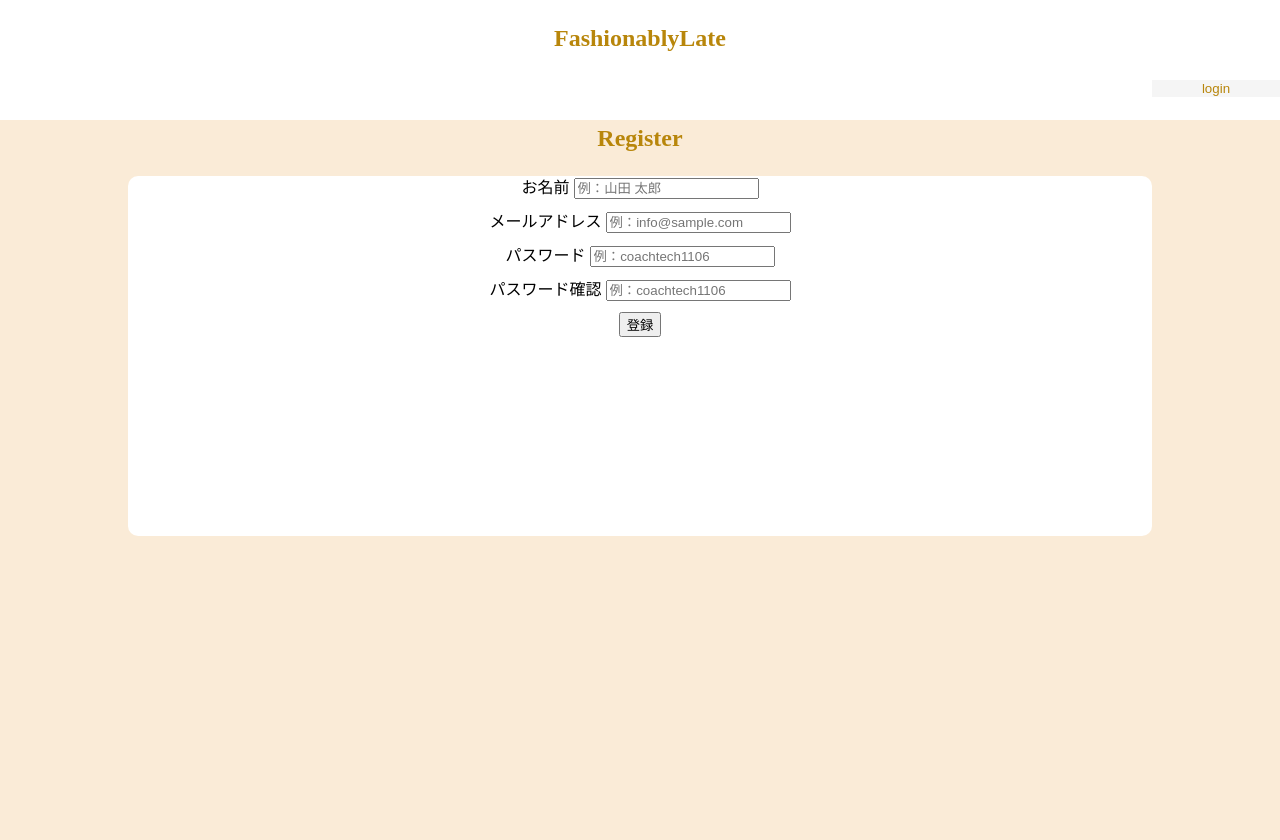
Repository: tokisiro/test-form
Page: http://localhost/register
These files come from the project's save history. The page is drawn as it stood at one moment and after the next save; the edit follows.
The browser window is 1280 px wide. The pictures show the whole page.
The page is served by the project's Laravel application, run on PHP 8.4 with Laravel 8. A made-up administrator, Test User (test@example.com), is signed in.

Above is the page before, as saved 2025-05-07 21:00:00.

After the next save:
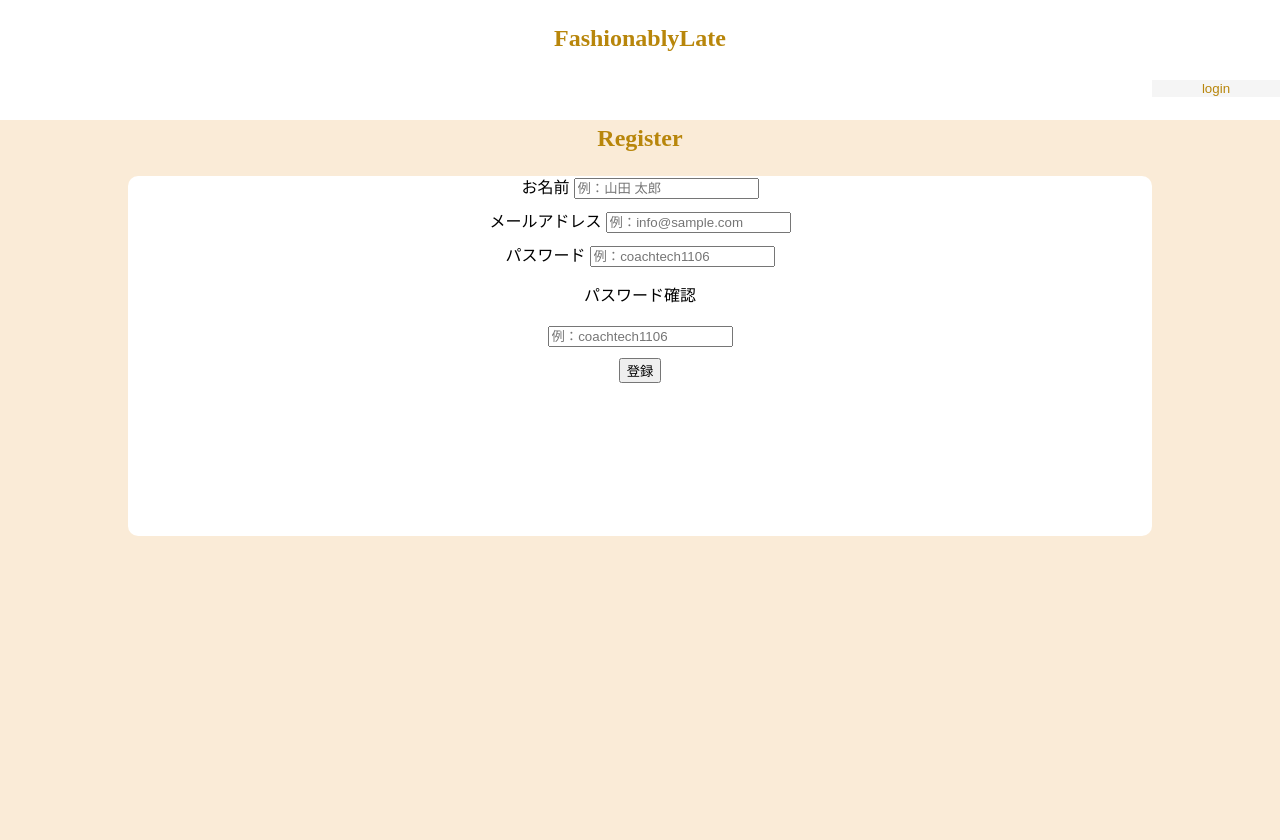
Saved 13 s later.
--- a/src/resources/views/register.blade.php
+++ b/src/resources/views/register.blade.php
@@ -53,7 +53,7 @@
                             <input type="password" name="password" placeholder="例：coachtech1106">
                         </div>
                         <div class="register-form__content-input">
-                            <label>パスワード確認</label>
+                            <p>パスワード確認</p>
                             <input type="password" name="password_confirmation" placeholder="例：coachtech1106">
                         </div>
                             <div class="register-form__button">
